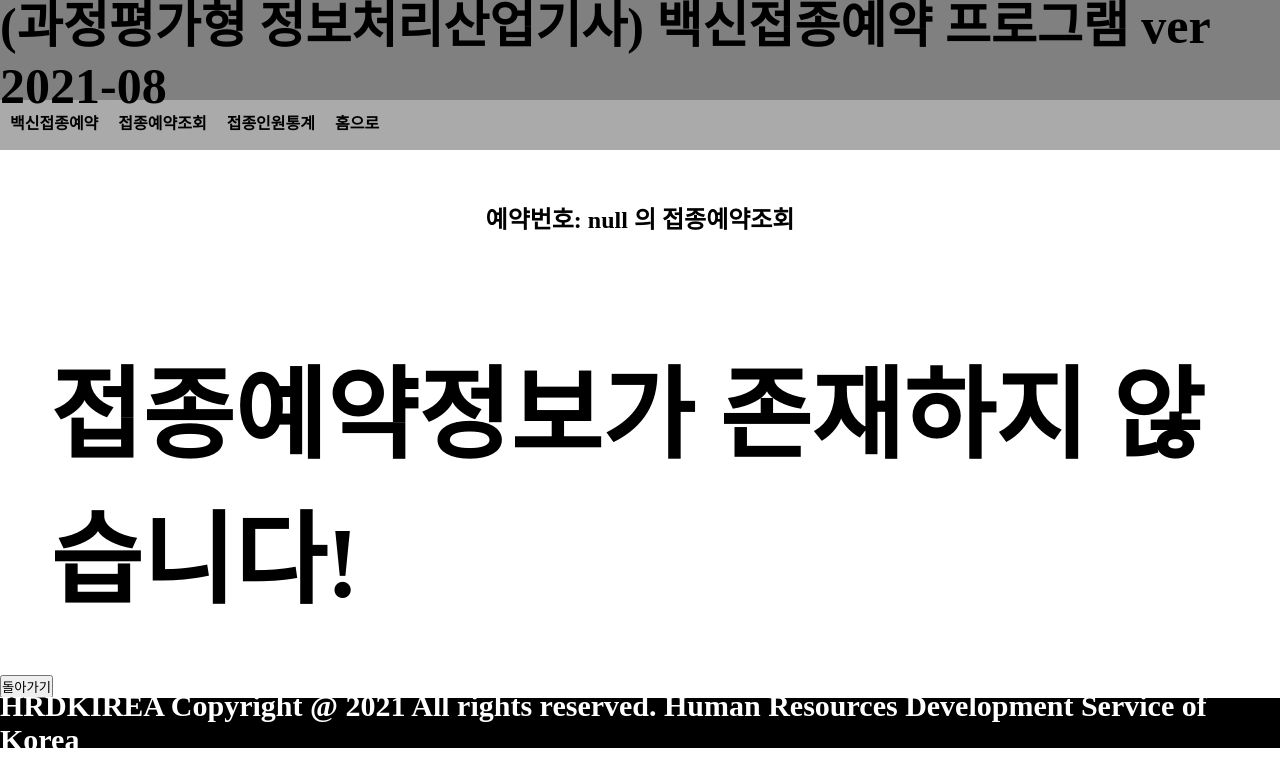
Repository: Ranranruo/info-processing
Page: http://localhost/20250424/view.jsp
The author's editor kept a copy of each file at every save. The page is drawn from the files as they stood at one save, then again after the next save.
The browser window is 1280 px wide. The pictures show the whole page.
The page is served by Tomcat 9. Queries for data that is not in the repository find no rows.

Above is the page before, as saved 2025-04-24 07:17:09.
Console error: TypeError: Cannot read properties of null (reading 'addEventListener')

### 20250424/src/main/webapp/view.jsp
<%@page import="java.sql.ResultSet"%>
<%@page import="java.sql.PreparedStatement"%>
<%@page import="java.sql.Connection"%>
<%@page import="java.sql.DriverManager"%>
<%@ page language="java" contentType="text/html; charset=UTF-8"
    pageEncoding="UTF-8"%>
<%
	Class.forName("oracle.jdbc.OracleDriver");
	String no = request.getParameter("no");
	Connection con = DriverManager.getConnection("jdbc:oracle:thin:@//localhost:1521/xe", "system", "1234");

	String sql = "SELECT j.pname, j.jumin, CASE WHEN substr(j.jumin, 8, 1) = '1' THEN '남' WHEN substr(j.jumin, 8, 1) = '2' THEN '여' end, j.tel, substr(v.resvdate, 1, 4) || '년' || substr(v.resvdate, 5, 2) || '월' || substr(v.resvdate, 7, 2) || '일', substr(v.resvtime, 1, 2) || ':' || substr(v.resvtime, 3, 2), h.hospname, h.hosptel, h.hospaddr, v.vcode FROM tbl_vaccresv_202108 v, tbl_hosp_202108 h, tbl_jumin_201808 j WHERE v.jumin = j.jumin AND v.hospcode = h.hospcode AND v.resvno = ?";
	PreparedStatement s = con.prepareStatement(sql);
	s.setString(1, no);

	ResultSet rs = s.executeQuery();
%>
<!DOCTYPE html>
<html>
<head>
<meta charset="UTF-8">
<title>Insert title here</title>
<style>
* {padding:0; margin: 0; text-decoration: none; color: inherit;}
.c { display: flex; justify-content: center; align-items: center;}
td{ border: 1px solid black; padding: .5em 1em;}
</style>
</head>
<body>
<header class="c" style="background-color: gray; color: #000; font-weight: bold; font-size: 50px; height: 100px;">(과정평가형 정보처리산업기사) 백신접종예약 프로그램 ver 2021-08</header>
<nav style="display: flex; padding: 10px; gap: 20px; background: #aaa; color: black; font-weight: bold; height:30px;">
<a href="insert.jsp">백신접종예약</a>
<a href="select.jsp">접종예약조회</a>
<a href="view.jsp">접종인원통계</a>
<a href="index.jsp">홈으로</a>
</nav>
<section style="min-height: calc(100vh - 200px); display: flex; flex-direction: column; align-items: center;">
<h1 class="c" style="padding: 50px;">예약번호: <%=no %> 의 접종예약조회</h1>
<%
 if(rs.next()) {
%>
<form action="selectDetail.jsp">
<table>
<tr>
<td>접종예약조회</td>
<td>
	<input id="no" name="no"/>예) 20210001
</td>
</tr>
<tr>
<td colspan="2" style="display: flex; justify-content: center;">
<button>예약조회</button>
<button id="reset" type="reset">홈으로</button>
</td>
</tr>
</table>
</form>
<% } else { %>
<form action="select.jsp">
<h1 class="c" style="font-size: 100px; padding: 50px;">접종예약정보가 존재하지 않습니다!</h1>
<button>돌아가기</button>
</form>
<% } %>
</section>
<footer class="c" style="background-color: black; color: #fff; font-weight: bold; font-size: 30px; height: 50px;">HRDKIREA Copyright @ 2021 All rights reserved. Human Resources Development Service of Korea</footer>
<script>
const $ = (s) => document.querySelector(s);
$("form").addEventListener("submit", (e)=> {
	e.preventDefault();
	if($("#no").value == "") {
		alert("접종예약번호가 입력되지 않았습니다.");
		e.preventDefault();
		$("#no").focus();
	}

});
$("#reset").addEventListener("click", ()=> {
	location.href="index.jsp";
});
</script>
</body>
</html>

After the next save:
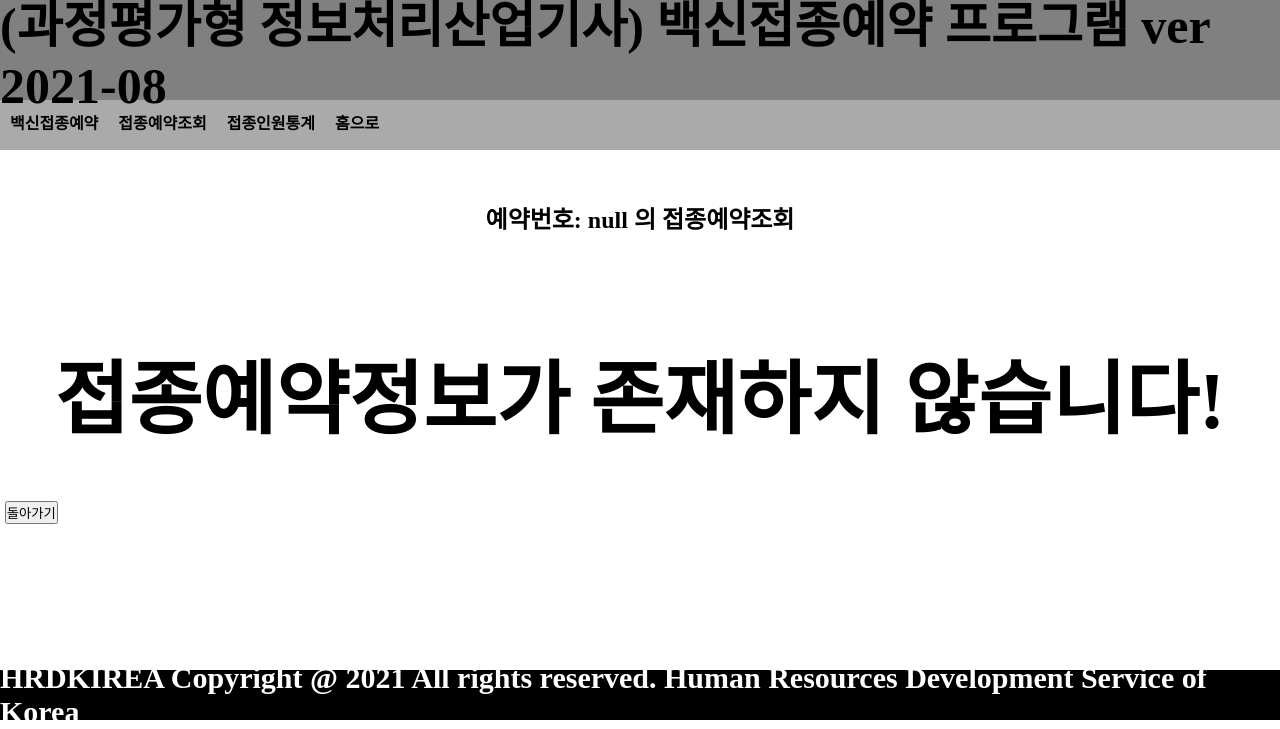
Saved 26 s later.
--- a/20250424/src/main/webapp/view.jsp
+++ b/20250424/src/main/webapp/view.jsp
@@ -57,7 +57,7 @@ td{ border: 1px solid black; padding: .5em 1em;}
 </form>
 <% } else { %>
 <form action="select.jsp">
-<h1 class="c" style="font-size: 100px; padding: 50px;">접종예약정보가 존재하지 않습니다!</h1>
+<h1 class="c" style="font-size: 80px; padding: 50px;">접종예약정보가 존재하지 않습니다!</h1>
 <button>돌아가기</button>
 </form>
 <% } %>
